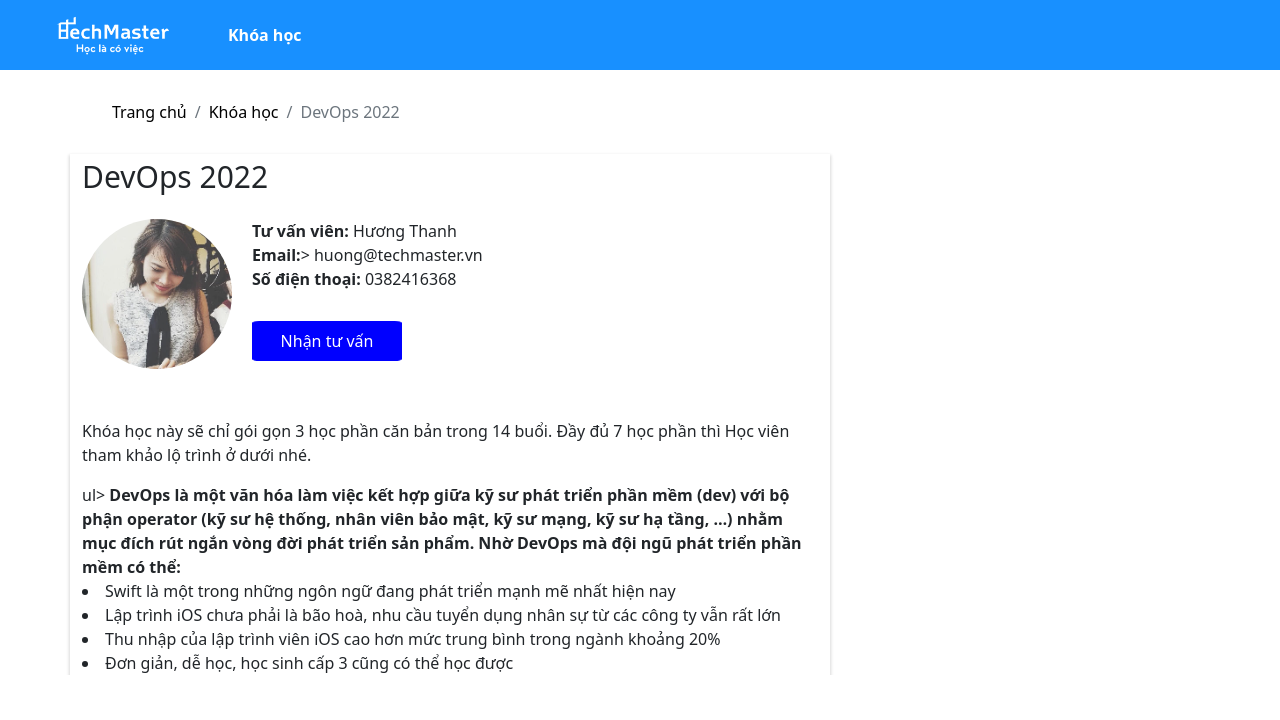
Repository: khanhnahk306/khanhnahk.github.io
Page: Clone_Techmaster/html/devops.html
These files come from the project's save history. The page is drawn as it stood at one moment and after the next save; the edit follows.
The browser window is 1280 px wide. The pictures show the whole page.

Above is the page before, as saved 2022-06-10 13:40:23.

### Clone_Techmaster/html/devops.html
<!DOCTYPE html>
<html lang="en">

<head>
    <meta charset="UTF-8">
    <meta http-equiv="X-UA-Compatible" content="IE=edge">
    <meta name="viewport" content="width=device-width, initial-scale=1.0">
    <title>TechMaster</title>
    <link href="https://cdn.jsdelivr.net/npm/bootstrap@5.0.2/dist/css/bootstrap.min.css" rel="stylesheet"
        integrity="sha384-EVSTQN3/azprG1Anm3QDgpJLIm9Nao0Yz1ztcQTwFspd3yD65VohhpuuCOmLASjC" crossorigin="anonymous">
    <link rel="stylesheet" href="../css/style.css">
    <nav class="navbar navbar-expand-md navbar-dark" style="background-color: #1890ff; height: 70px;">
        <div class="image">
            <a href="../html/index.html">
                <img src="../picture/Capture.PNG" style="margin-left: 50px; width: 120px; ">
            </a>
        </div>
        <button class="navbar-toggler" type="button" data-toggle="collapse" data-target="#collapsibleNavbar">
            <span class="navbar-toggler-icon"></span>
        </button>
        <div class="collapse navbar-collapse" id="collapsibleNavbar">
            <ul class="navbar-nav">
                <li class="nav-item">
                    <a class="nav-link" href="#" style="margin-left: 50px; font-weight: bolder; color: white;">Khóa
                        học</a>
                </li>
            </ul>
        </div>
    </nav>
    <style>
        button {
            width: 150px;
            height: 40px;
            margin-top: 30px;
            background-color: blue;
            color: #fff;
            border-radius: 5%;
            border: 1px solid blue;
        }

        img {
            border-radius: 50%;
            -moz-border-radius: 50%;
            -webkit-border-radius: 50%;
        }
    </style>
</head>

<body>
    <div class="container">
        <div class="row">
            <div class="col-12">
                <ul class="breadcrumb" style="margin: 30px;">
                    <li class="breadcrumb-item"><a href="../html/index.html">Trang chủ</a></li>
                    <li class="breadcrumb-item"><a href="#">Khóa học</a></li>
                    <li class="breadcrumb-item active" aria-current="page">DevOps 2022</li>
                </ul>
            </div>
        </div>
        <div class="row">
            <div class="col-sm-12 col-md-8" style="box-shadow: 0 2px 3px 1px rgb(0 0 0 / 15%);">
                <div class="title" style="margin-bottom: 20px; font-size: 30px;">DevOps 2022</div>
                <div class="support" style="display: flex;">
                    <div class="support-left">
                        <img src="../picture/avatar.png">
                    </div>
                    <div class="support-right" style="margin-left: 20px;">
                        <span><b>Tư vấn viên:</b> Hương Thanh</span><br>
                        <span><b>Email:</b>> huong@techmaster.vn</span><br>
                        <span><b>Số điện thoại:</b> 0382416368</span><br>
                        <button type="button">Nhận tư vấn</button>
                    </div>
                </div>
                <div class="content">
                    <p>
                        Khóa học này sẽ chỉ gói gọn 3 học phần căn bản trong 14 buổi. Đầy đủ 7 học phần thì Học viên
                        tham khảo lộ trình ở dưới nhé.
                    </p>
                    ul>
                    <b> DevOps là một văn hóa làm việc kết hợp giữa kỹ sư phát triển phần mềm (dev) với bộ phận operator
                        (kỹ sư hệ thống, nhân viên bảo mật, kỹ sư mạng, kỹ sư hạ tầng, …) nhằm mục đích rút ngắn vòng
                        đời phát triển sản phẩm. Nhờ DevOps mà đội ngũ phát triển phần mềm có thể:</b>
                    <li>Swift là một trong những ngôn ngữ đang phát triển mạnh mẽ nhất hiện nay</li>
                    <li>Lập trình iOS chưa phải là bão hoà, nhu cầu tuyển dụng nhân sự từ các công ty vẫn rất lớn
                    </li>
                    <li>Thu nhập của lập trình viên iOS cao hơn mức trung bình trong ngành khoảng 20%</li>
                    <li>Đơn giản, dễ học, học sinh cấp 3 cũng có thể học được</li>
                    </ul>
                </div>
            </div>
        </div>
    </div>
</body>

</html>

### Clone_Techmaster/css/style.css
html,
body {
    width: auto !important;
    overflow-x: hidden !important;
}

* {
    box-sizing: border-box;
}

a {
    text-decoration: none;
    color: black;
}

h1 {
    text-align: center;
    color: black;
}

h2 {
    margin-left: 10px;
    font-size: 20px;
}

p {
    margin-top: 50px;
}

.md-radio {
    font-size: 25px;
}

.search {
    margin-right: 523px;
    margin-left: 7px;
    margin-top: 15px;
    width: 270px;
    border-radius: 2%;
    border: 1px solid white;
}

.container {
    margin: auto;
    display: flex;
    flex-wrap: wrap;
}

.row {
    width: 1200px;
}

.picture {
    width: 270px;
    height: 270px;
    border-radius: 2% 2% 0 0;
    object-fit: cover;
}

.box {
    width: 270px;
    margin: 15px;
    background-color: white;
    border-radius: 2%;
    box-shadow: 0 2px 3px 1px rgb(0 0 0 / 15%);
}

.description {
    max-width: 100px;
    margin-left: 10px;
    margin-right: 10px;
}

.box:hover {
    transform: scale(1);
    transition: 1s;
    opacity: 1.0;
    filter: drop-shadow(5px 10px 5px gray);
}

After the next save:
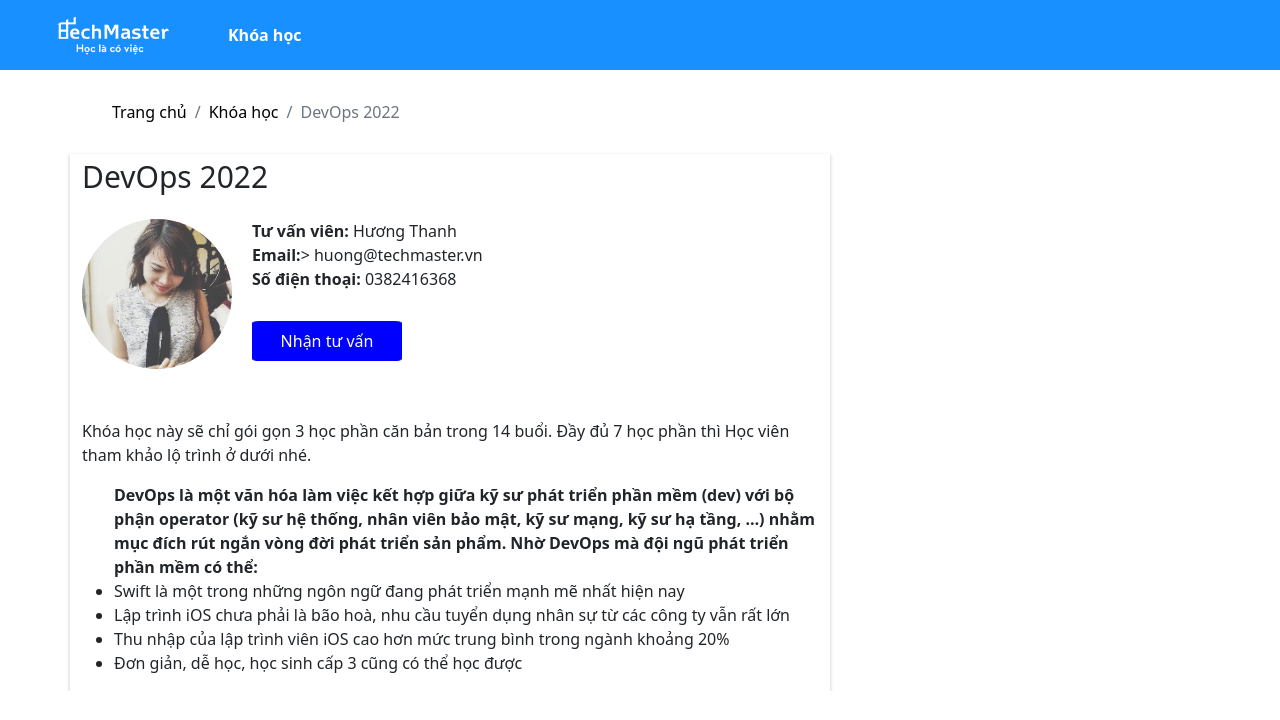
Saved 4 s later.
--- a/Clone_Techmaster/html/devops.html
+++ b/Clone_Techmaster/html/devops.html
@@ -76,7 +76,7 @@
                         Khóa học này sẽ chỉ gói gọn 3 học phần căn bản trong 14 buổi. Đầy đủ 7 học phần thì Học viên
                         tham khảo lộ trình ở dưới nhé.
                     </p>
-                    ul>
+                    <ul>
                     <b> DevOps là một văn hóa làm việc kết hợp giữa kỹ sư phát triển phần mềm (dev) với bộ phận operator
                         (kỹ sư hệ thống, nhân viên bảo mật, kỹ sư mạng, kỹ sư hạ tầng, …) nhằm mục đích rút ngắn vòng
                         đời phát triển sản phẩm. Nhờ DevOps mà đội ngũ phát triển phần mềm có thể:</b>
